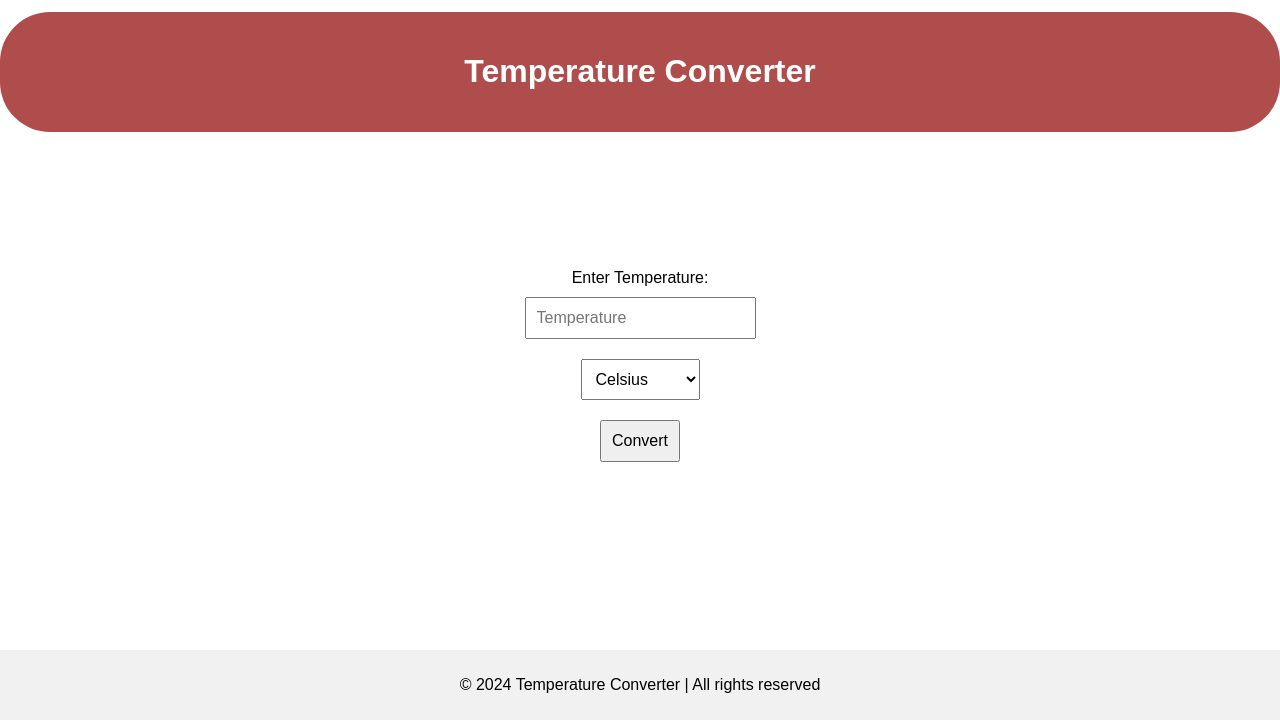
Repository: akhiranandan-04/Temperature-Converter
Page: index.html
These files come from the project's save history. The page is drawn as it stood at one moment and after the next save; the edit follows.
The browser window is 1280 px wide. The pictures show the whole page.

Above is the page before, as saved 2024-10-19 13:11:50.

### index.html
<!DOCTYPE html>
<html lang="en">
<head>
    <meta charset="UTF-8">
    <meta name="viewport" content="width=device-width, initial-scale=1.0">
    <title>Temperature Converter</title>
    <link rel="stylesheet" href="style.css">
</head>
<body>
    <header>
        <h1>Temperature Converter</h1>
    </header>

    <div class="converter">
        <label for="tempInput">Enter Temperature:</label>
        <input type="number" id="tempInput" placeholder="Temperature">

        <select id="tempType">
            <option value="C">Celsius</option>
            <option value="F">Fahrenheit</option>
        </select>

        <button onclick="convertTemp()">Convert</button>

        <p id="result"></p>
    </div>

    <footer>
        <p>&copy; 2024 Temperature Converter | All rights reserved</p>
    </footer>

    <script src="script.js"></script>
</body>
</html>

### style.css
body {
    font-family: Arial, sans-serif;
    display: flex;
    flex-direction: column;
    justify-content: space-between;
    min-height: 100vh;
    margin: 0;
}

header {
    text-align: center;
    background-color: #af4c4c;
    padding: 20px;
    color: white;
    border-radius: 50px;
    margin-top: 12px;
}

.converter {
    display: flex;
    flex-direction: column;
    align-items: center;
    justify-content: center;
    flex: 1;
    background-color:white;
}

.background{

}
.converter input, .converter select, .converter button {
    margin: 10px;
    padding: 10px;
    font-size: 16px;
}

.converter p {
    font-size: 20px;
    font-weight: bold;
}

footer {
    text-align: center;
    padding: 10px;
    background-color: #f1f1f1;
}

### script.js
function convertTemp() {
    let temp = document.getElementById('tempInput').value;
    let tempType = document.getElementById('tempType').value;
    let resultText = '';

    if (temp === '') {
        resultText = 'Please enter a temperature!';
    } else {
        temp = parseFloat(temp);
        if (tempType === 'C') {
            // Celsius to Fahrenheit
            let convertedTemp = (temp * 9/5) + 32;
            resultText = `${temp}°C is ${convertedTemp.toFixed(2)}°F`;
        } else if (tempType === 'F') {
            // Fahrenheit to Celsius
            let convertedTemp = (temp - 32) * 5/9;
            resultText = `${temp}°F is ${convertedTemp.toFixed(2)}°C`;
        }
    }

    document.getElementById('result').innerText = resultText;
}

After the next save:
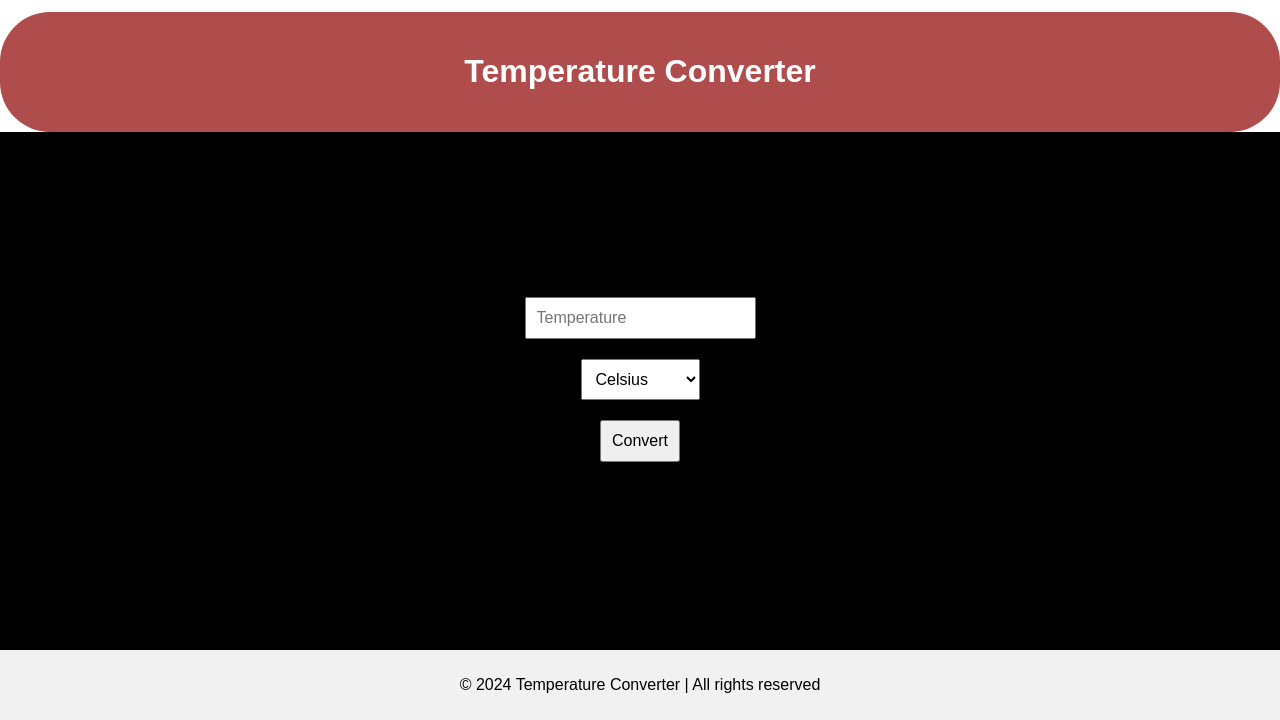
Saved 89 s later.
--- a/style.css
+++ b/style.css
@@ -22,12 +22,9 @@
     align-items: center;
     justify-content: center;
     flex: 1;
-    background-color:white;
+    background-color:black;
 }
 
-.background{
-
-}
 .converter input, .converter select, .converter button {
     margin: 10px;
     padding: 10px;

After the save that followed:
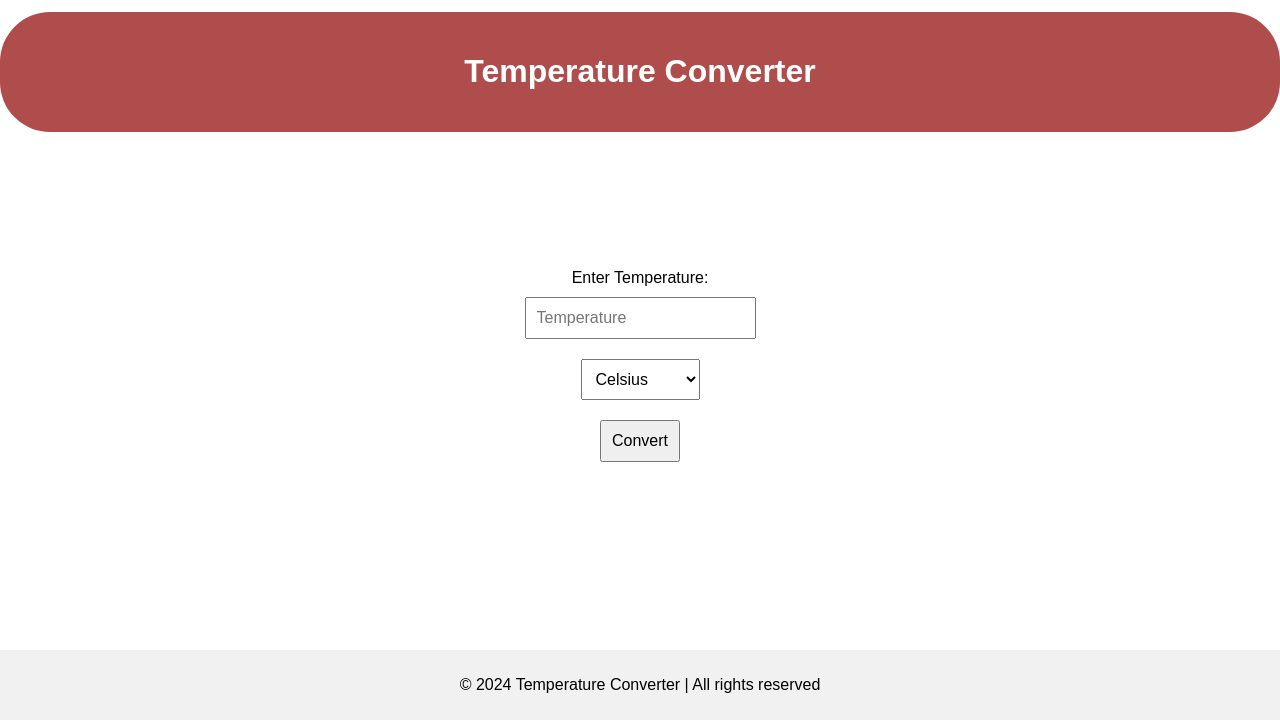
Saved 9 s later.
--- a/style.css
+++ b/style.css
@@ -22,7 +22,7 @@
     align-items: center;
     justify-content: center;
     flex: 1;
-    background-color:black;
+    background-color:white;
 }
 
 .converter input, .converter select, .converter button {
